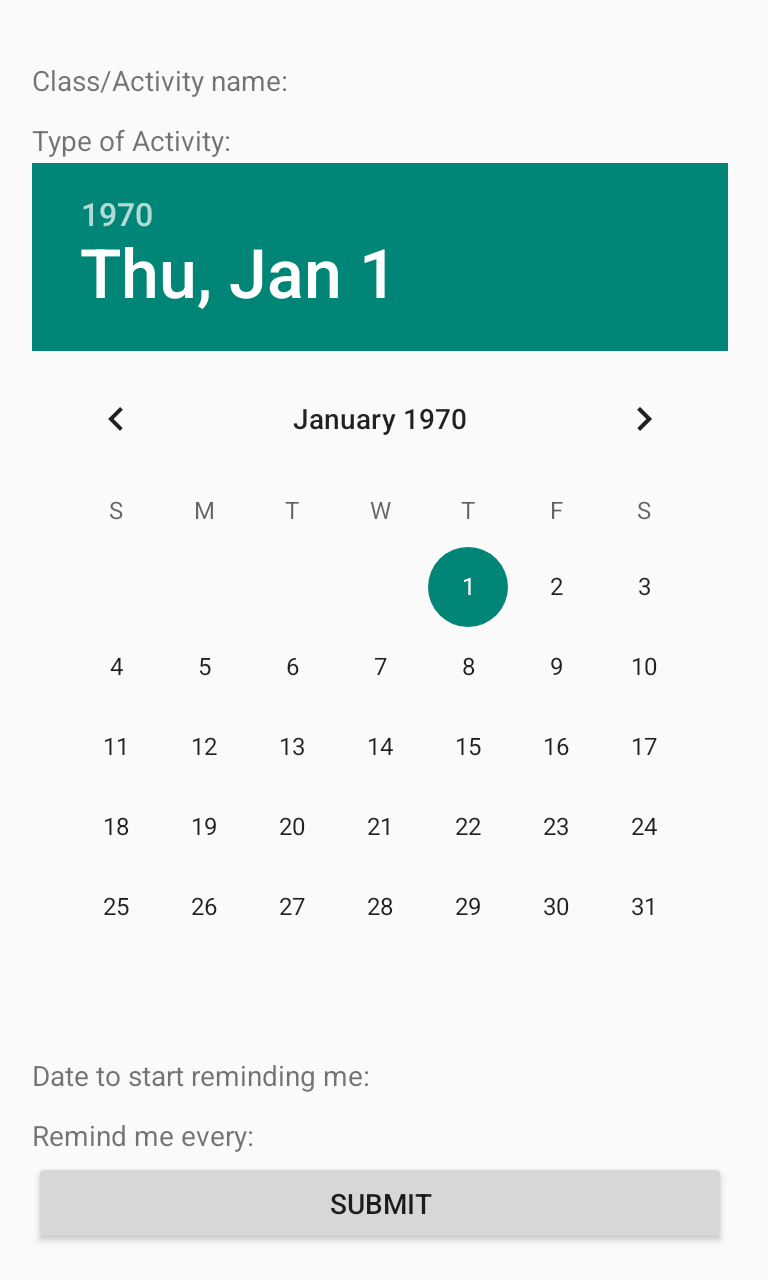
Repository: recursor94/hackathonspring2014
Layout: StudentPlanner/res/layout/fragment_new_endeavor.xml
An editor plug-in stored every save of this project. The layout is shown before and after the next save, followed by the edit.
It is drawn on a 768 x 1280 px phone screen (xhdpi) without system bars, with theme AppTheme; the app's code is not run.

Above is the layout before, as saved 2014-04-05 19:17:17.

### StudentPlanner/res/layout/fragment_new_endeavor.xml
<TableLayout xmlns:android="http://schemas.android.com/apk/res/android"
    xmlns:tools="http://schemas.android.com/tools"
    android:layout_width="match_parent"
    android:layout_height="match_parent"
    android:paddingBottom="@dimen/activity_vertical_margin"
    android:paddingLeft="@dimen/activity_horizontal_margin"
    android:paddingRight="@dimen/activity_horizontal_margin"
    android:paddingTop="@dimen/activity_vertical_margin"
    tools:context="com.example.studentplanner.NewEndeavorActivity$PlaceholderFragment"
    android:orientation="vertical"
    >
<TableRow>
    <TextView
        android:id="@+id/nameField"
        android:layout_width="wrap_content"
        android:layout_height="wrap_content"
        android:text="@string/nameField"
         />
    <EditText
        android:id="@+id/nameEntry"
        android:hint="@string/nameEntry"
        android:layout_width="wrap_content"
        android:layout_height="wrap_content"

        />
    </TableRow>
    <TableRow>
      <TextView
        android:id="@+id/typeField"
        android:layout_width="wrap_content"
        android:layout_height="wrap_content"
        android:text="@string/typeField"
         />


        <Spinner
        android:id="@+id/typeDropDown"
        android:layout_width="wrap_content"
        android:layout_height="wrap_content"

        android:entries="@array/typeArray"
        android:prompt="@string/typePrompt"/>

        </TableRow>
  <TableRow>

    <DatePicker
        android:id="@+id/dueDateField"
        android:onClick="showCalendar"
        android:layout_width="wrap_content"
        android:layout_height="wrap_content"
        android:text="@string/dueDateField"
       />
            <EditText
        android:id="@+id/dueDateEntry"
        android:inputType="datetime"
        android:hint="@string/dueDateEntry"
        android:layout_width="wrap_content"
        android:layout_height="wrap_content"
        android:calendarViewShown="false"
        android:spinnersShown="false"
     />
            </TableRow>

  <TableRow>
             <TextView
        android:id="@+id/reminderDateField"
        android:layout_width="wrap_content"
        android:layout_height="wrap_content"
        android:text="@string/reminderDateField"
       />

         <EditText
        android:id="@+id/reminderDateEntry"
        android:inputType="datetime"
        android:hint="@string/reminderDateEntry"
        android:layout_width="wrap_content"
        android:layout_height="wrap_content"
  />
         </TableRow>
         <TableRow>


      <TextView
        android:id="@+id/intervalReminderField"
        android:layout_width="wrap_content"
        android:layout_height="wrap_content"
        android:text="@string/intervalReminderField"
         />


    <Spinner
        android:id="@+id/intervalDropDown"
        android:layout_width="wrap_content"
        android:layout_height="wrap_content"
      	android:entries="@array/intervalArray"
        android:prompt="@string/intervalReminderField"/>
    </TableRow>

   <TableRow>
      	<Button
      	    android:id="@+id/submitNewEndeavor"
      	    android:layout_width="wrap_content"
      	    android:layout_height="wrap_content"
      	    android:text="@string/submitNewEndeavor"

      	    />
   </TableRow>


</TableLayout>

### StudentPlanner/res/values/strings.xml
<?xml version="1.0" encoding="utf-8"?>
<resources>

    <string name="app_name">Get It Done</string>
    <string name="action_settings">Settings</string>
    <string name="action_new">New Activity</string>
    <string name="action_search">Search</string>
    <string name="title_activity_new_endeavor">Create a new activity</string>
    <string name="nameField">Class/Activity name:</string>
    <string name="nameEntry">Enter name of class or activity</string>
    <string name="typeField">Type of Activity:</string>
    <string name="typePrompt">Choose the type of activity</string>
    <string name="dueDateField">Due Date:</string>
    <string name="dueDateEntry">Enter the due date/day ofthe activity</string>
    <string name="reminderDateField">Date to start reminding me:</string>
    <string name="reminderDateEntry">Reminder date</string>
    <string name="intervalReminderField">Remind me every:</string>
    <string name="submitNewEndeavor">Submit</string>

    <string-array name="typeArray">
        <item>Class</item>
        <item>Extracurricular</item>
        <item>Other</item>
    </string-array>

    <string-array name="intervalArray">
        <item>Week</item>
        <item>Day</item>
        <item>12 Hours</item>
        <item>Hour</item>
        <item>30 Minutes</item>
        <item>10 Minutes</item>
        <item>5 Minutes</item>
        <item>Minute</item>
    </string-array>
</resources>

Loaded but not shown: StudentPlanner/res/values/styles.xml (common file); StudentPlanner/res/values-v11/styles.xml (common file); StudentPlanner/res/values-v14/styles.xml (common file); StudentPlanner/res/values/dimens.xml (common file); StudentPlanner/res/values-w820dp/dimens.xml (common file)

After the next save:
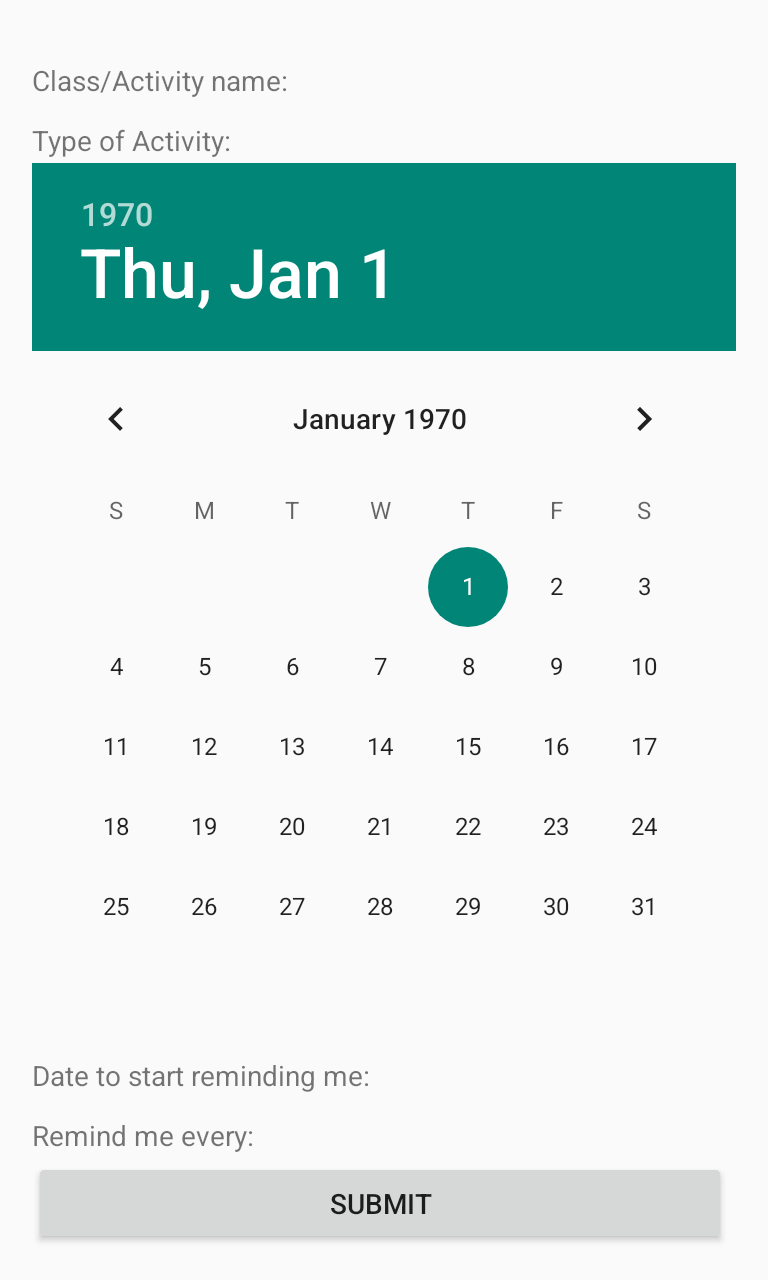
Saved 6 s later.
--- a/StudentPlanner/res/layout/fragment_new_endeavor.xml
+++ b/StudentPlanner/res/layout/fragment_new_endeavor.xml
@@ -51,7 +51,7 @@
         android:layout_height="wrap_content"
         android:text="@string/dueDateField"
        />
-            <EditText
+            <DatePicker
         android:id="@+id/dueDateEntry"
         android:inputType="datetime"
         android:hint="@string/dueDateEntry"
